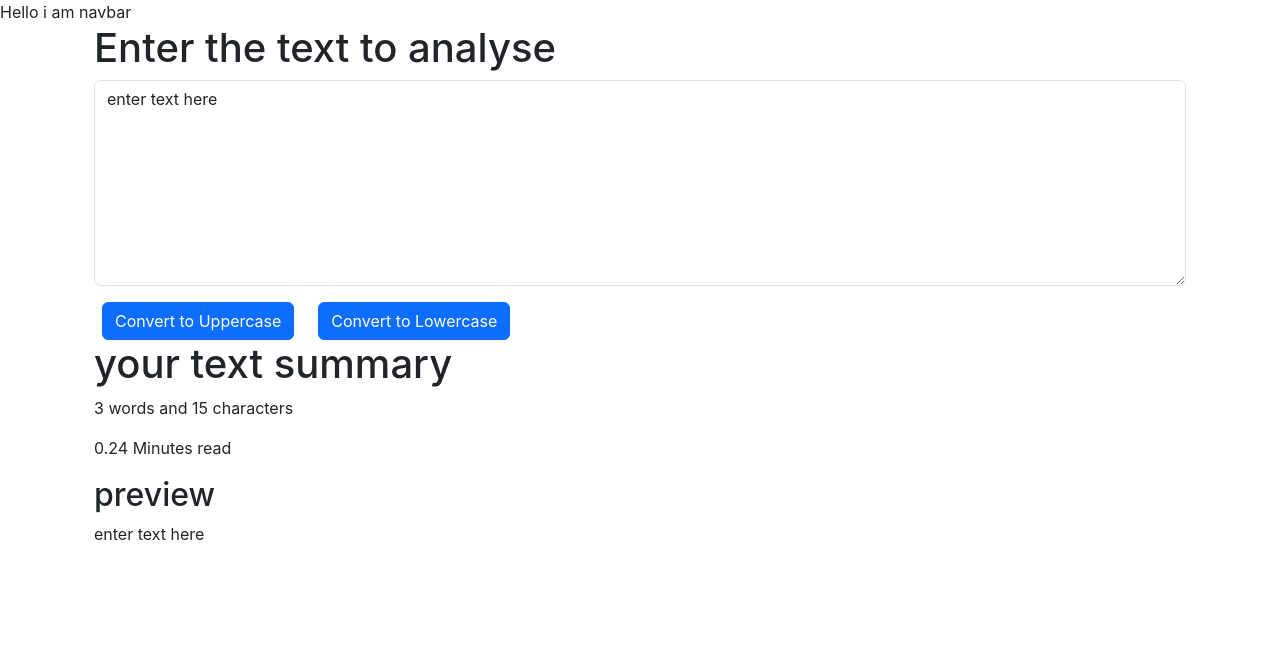
Repository: Aastha1035/React.navbar
Page: /
An editor plug-in stored every save of this project. The page is shown before and after the next save, followed by the edit.
The browser window is 1280 px wide. The pictures show the whole page.
The project was rebuilt for these pictures with package versions that can differ from the ones it lists, and the page was loaded fresh each time. Also part of the build but not shown: src/App.css.

Above is the page before, as saved 2024-07-17 12:38:16.

### public/index.html
<!DOCTYPE html>
<html lang="en">
  <head>
    <meta charset="utf-8" />
    <link rel="icon" href="%PUBLIC_URL%/favicon.ico" />
    <meta name="viewport" content="width=device-width, initial-scale=1" />
    <meta name="theme-color" content="#000000" />
    <meta
      name="description"
      content="Web site created using create-react-app"
    />
    <link rel="apple-touch-icon" href="%PUBLIC_URL%/logo192.png" />
    <!--
      manifest.json provides metadata used when your web app is installed on a
      user's mobile device or desktop. See https://developers.google.com/web/fundamentals/web-app-manifest/
    -->
    <link rel="manifest" href="%PUBLIC_URL%/manifest.json" />
    <!--
      Notice the use of %PUBLIC_URL% in the tags above.
      It will be replaced with the URL of the `public` folder during the build.
      Only files inside the `public` folder can be referenced from the HTML.

      Unlike "/favicon.ico" or "favicon.ico", "%PUBLIC_URL%/favicon.ico" will
      work correctly both with client-side routing and a non-root public URL.
      Learn how to configure a non-root public URL by running `npm run build`.
    -->
    <link href="https://cdn.jsdelivr.net/npm/bootstrap@5.3.3/dist/css/bootstrap.min.css" rel="stylesheet" integrity="sha384-QWTKZyjpPEjISv5WaRU9OFeRpok6YctnYmDr5pNlyT2bRjXh0JMhjY6hW+ALEwIH" crossorigin="anonymous">
    <title>React App</title>
  </head>
  <body>
    <noscript>You need to enable JavaScript to run this app.</noscript>
    <div id="root"></div>
    <!--
      This HTML file is a template.
      If you open it directly in the browser, you will see an empty page.

      You can add webfonts, meta tags, or analytics to this file.
      The build step will place the bundled scripts into the <body> tag.

      To begin the development, run `npm start` or `yarn start`.
      To create a production bundle, use `npm run build` or `yarn build`.
    -->
    <script src="https://cdn.jsdelivr.net/npm/bootstrap@5.3.3/dist/js/bootstrap.bundle.min.js"
    integrity="sha384-YvpcrYf0tY3lHB60NNkmXc5s9fDVZLESaAA55NDzOxhy9GkcIdslK1eN7N6jIeHz"
    crossorigin="anonymous"></script>
  </body>
</html>

### src/App.js

import './App.css';
import Navbar from './components/Navbar';
import Textform from './components/Textform';

function App() {
  return (
    <>
   < Navbar title="TextUtils"/>
   <div className="container">
   <Textform heading="Enter the text to analyse"/>
   </div>

  </>
  );
}

export default App;

### src/components/Navbar.js
import React from 'react'

export default function Navbar() {
  return (
    <div>
      Hello i am navbar
    </div>
  )
}

### src/components/Textform.js
import React,{ useState } from "react";



export default function Textform(props) {
    const handleUpclick = ()=>{
        //console.log("uppercase was clicked" + text);
        let newText = text.toUpperCase();
        setText(newText)
    }
    const handleLoclick= ()=>{
        //console.log("handle onchange");
        let newText = text.toLowerCase();
        setText(newText)
    }
    const handleOnchange= (event)=>{
        //console.log("handle onchange");
        setText(event.target.value)
    }

    const [text, setText] = useState("enter text here");
  return (
    <>
    <div className="container">
       <h1>{props.heading}</h1>
       <div className="mb-3">
       <textarea className="form-control" value={text} onChange={handleOnchange} id="mybox" rows="8"></textarea>
    </div>
    <button className="btn btn-primary mx-2" onclick={handleUpclick}>Convert to  Uppercase</button>
    <button className="btn btn-primary mx-3" onclick={handleLoclick}>Convert to  Lowercase</button>
    </div>
    <div className="container">
        <h1>your text summary</h1>
        <p>{text.split(" ").length} words and {text.length} characters</p>
        <p>{0.08 * text.split(" ").length} Minutes read</p>
        <h2>preview</h2>
        <p>{text}</p>
    </div>

</>


  )
}

Loaded but not shown: src/index.js (common file); src/index.css (common file); src/reportWebVitals.js (common file)

After the next save:
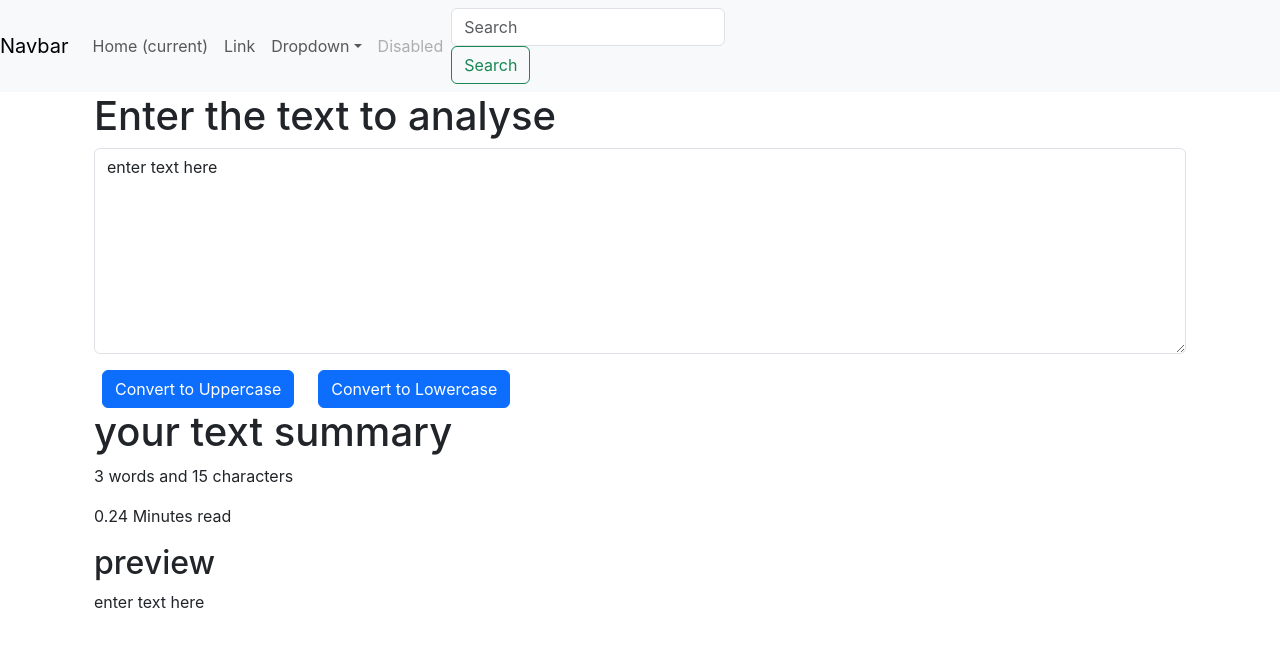
Saved 5 min 20 s later.
--- a/src/components/Navbar.js
+++ b/src/components/Navbar.js
@@ -1,9 +1,41 @@
 import React from 'react'
 
-export default function Navbar() {
+export default function Navbar(props) {
   return (
-    <div>
-      Hello i am navbar
-    </div>
+    <nav className="navbar navbar-expand-lg navbar-light bg-light">
+  <a className="navbar-brand" href="#">Navbar</a>
+  <button className="navbar-toggler" type="button" data-toggle="collapse" data-target="#navbarSupportedContent" aria-controls="navbarSupportedContent" aria-expanded="false" aria-label="Toggle navigation">
+    <span className="navbar-toggler-icon"></span>
+  </button>
+
+  <div className="collapse navbar-collapse" id="navbarSupportedContent">
+    <ul className="navbar-nav mr-auto">
+      <li className="nav-item active">
+        <a className="nav-link" href="#">Home <span className="sr-only">(current)</span></a>
+      </li>
+      <li className="nav-item">
+        <a className="nav-link" href="#">Link</a>
+      </li>
+      <li className="nav-item dropdown">
+        <a className="nav-link dropdown-toggle" href="#" id="navbarDropdown" role="button" data-toggle="dropdown" aria-haspopup="true" aria-expanded="false">
+          Dropdown
+        </a>
+        <div className="dropdown-menu" aria-labelledby="navbarDropdown">
+          <a className="dropdown-item" href="#">Action</a>
+          <a className="dropdown-item" href="#">Another action</a>
+          <div className="dropdown-divider"></div>
+          <a className="dropdown-item" href="#">Something else here</a>
+        </div>
+      </li>
+      <li className="nav-item">
+        <a className="nav-link disabled" href="#">Disabled</a>
+      </li>
+    </ul>
+    <form className="form-inline my-2 my-lg-0">
+      <input className="form-control mr-sm-2" type="search" placeholder="Search" aria-label="Search"/>
+      <button className="btn btn-outline-success my-2 my-sm-0" type="submit">Search</button>
+    </form>
+  </div>
+</nav>
   )
 }
